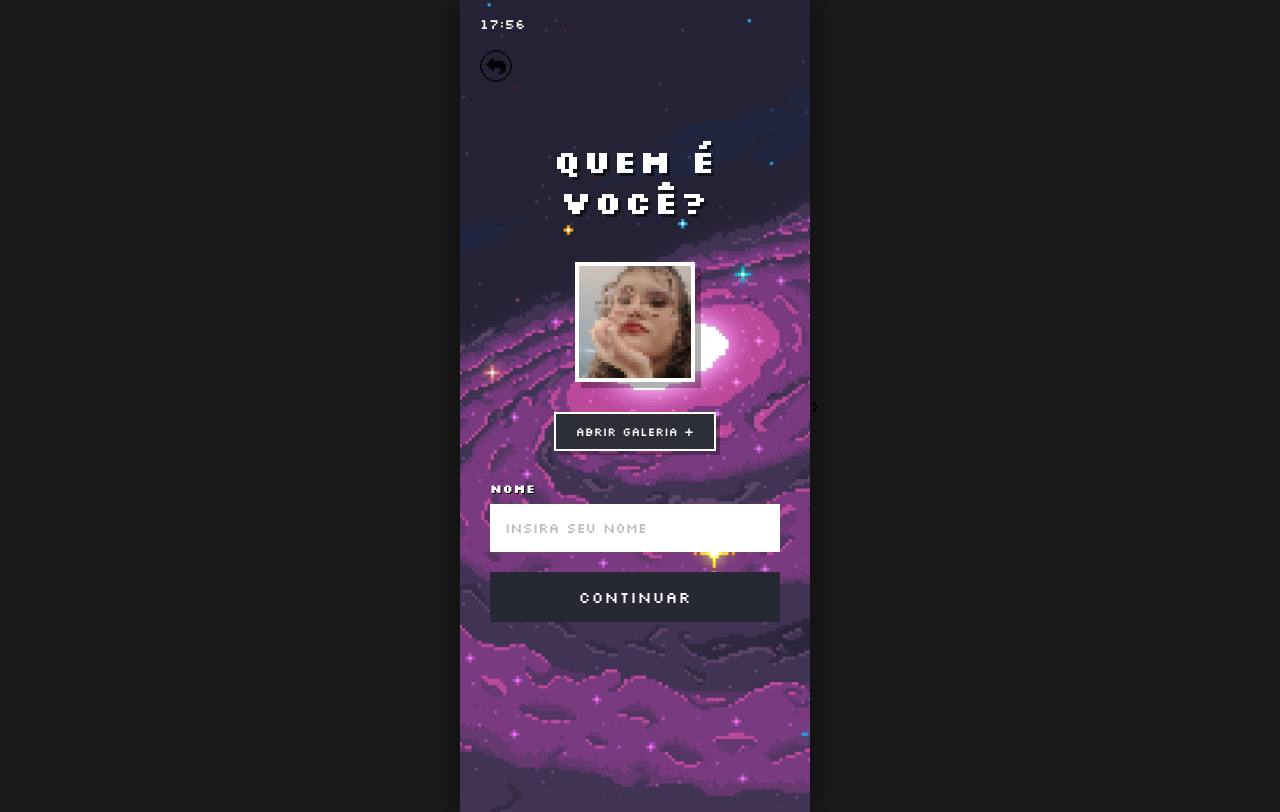
Repository: Davsool/Passport
Page: perfil.html
These files come from the project's save history. The page is drawn as it stood at one moment and after the next save; the edit follows.
The browser window is 1280 px wide. The pictures show the whole page.

Above is the page before, as saved 2025-12-30 02:40:23.

After the next save:
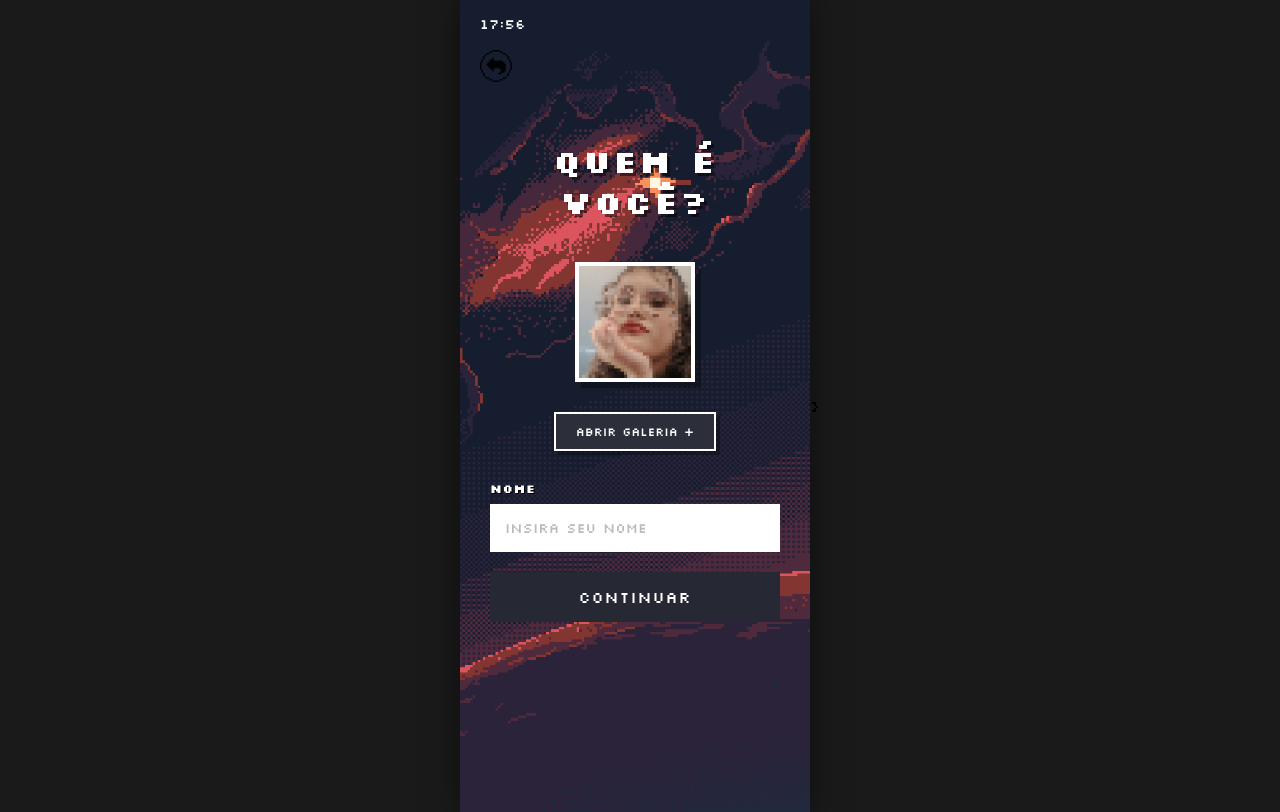
Saved 2 min 0 s later.
--- a/style.css
+++ b/style.css
@@ -201,7 +201,7 @@ input::placeholder { color: #bbb; }
 /* ================================================== */
 
 .screen-galaxy {
-    background-image: url('src/galaxy.png') !important;
+    background-image: url('src/space.gif') !important;
 }
 
 .back-btn {
